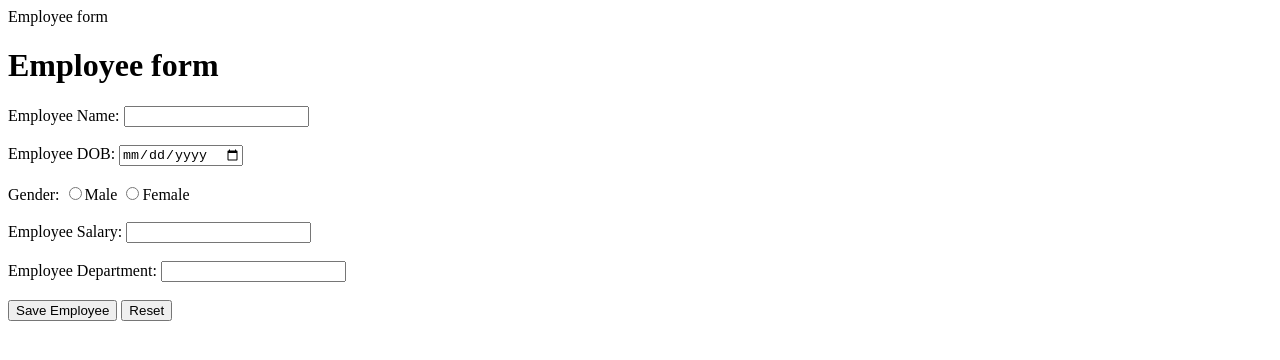
Repository: satwikadivi/Software-examples
Page: http://localhost/add-employee
These files come from the project's save history. The page is drawn as it stood at one moment and after the next save; the edit follows.
The browser window is 1280 px wide. The pictures show the whole page.
The page is this project's Thymeleaf template; nobody is signed in. The template is opened directly, without the code that normally fills it, so the values that code supplies are empty.

Above is the page before, as saved 2024-12-22 06:31:22.

After the next save:
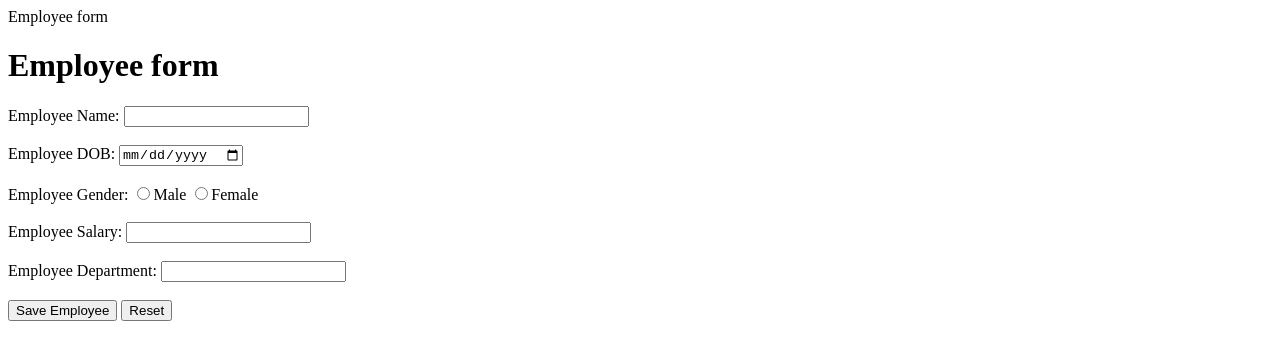
Saved 4 min 28 s later.
--- a/SpringBootMvcProject-2/src/main/resources/templates/add-employee.html
+++ b/SpringBootMvcProject-2/src/main/resources/templates/add-employee.html
@@ -11,7 +11,7 @@
 			<label for="empDOB">Employee DOB:</label>
 			<input type="date" id="empDOB" name="empDOB" required><br><br>
 
-			<label for="gender">Gender:</label>
+			<label for="gender">Employee Gender:</label>
 			<input type="radio" id="gender" name="gender" required>Male
 			<input type="radio" id="gender" name="gender" required>Female
 			<br><br>
